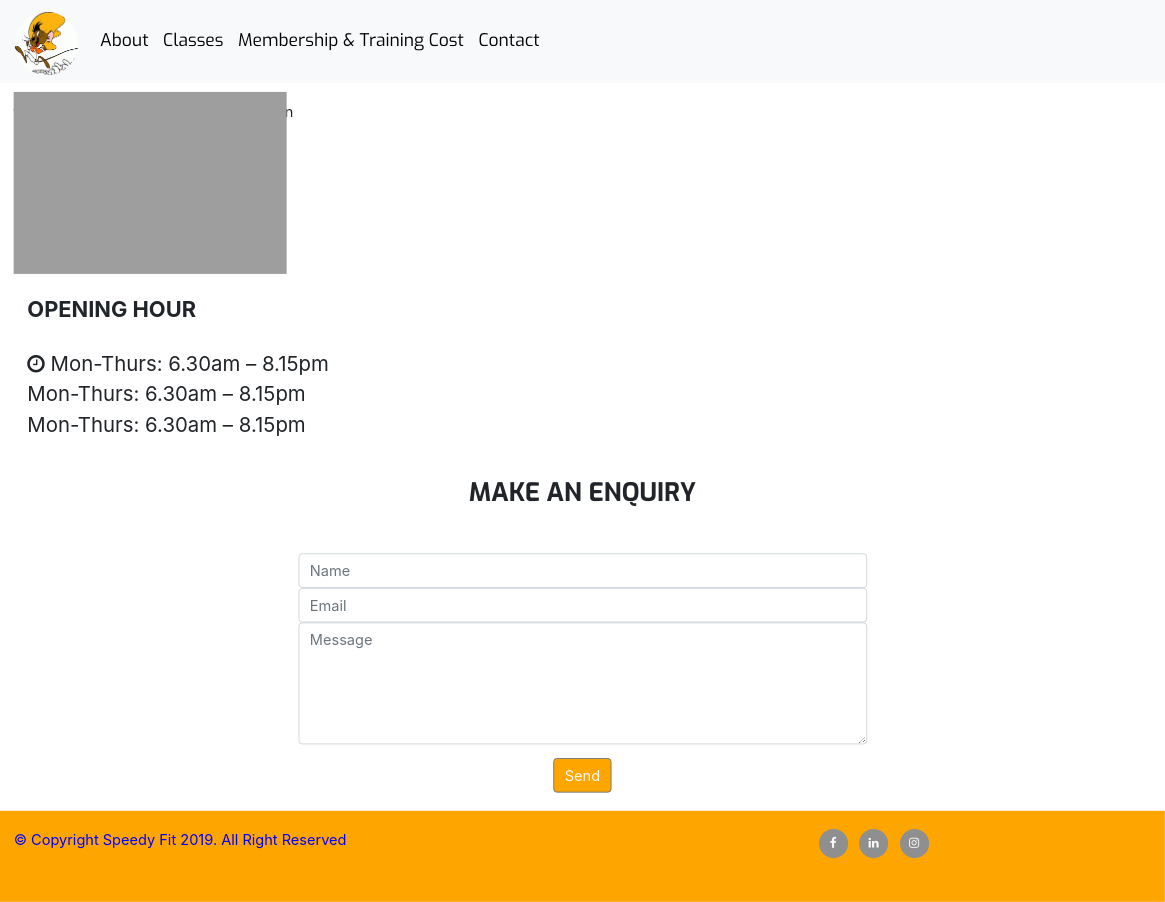
Repository: marcomoreschi/Milestrone-project
Page: membership&trainingcost.html
The author's editor kept a record of every edit. The page is drawn from the files as they stood at one moment, then again after the next edit.
The browser window is 1280 px wide. The pictures show the whole page, at 91% of full size.
Pictures or frames that could not be fetched are drawn as grey boxes. Some web libraries are served in a nearby version.

Above is the page before.

### membership&trainingcost.html
<!DOCTYPE html>
<html lang="en">

<head>
    <meta charset="UTF-8">
    <meta name="viewport" content="width=device-width, initial-scale=1.0">
    <meta http-equiv="X-UA-Compatible" content="ie=edge">
    <link rel="stylesheet" href="https://maxcdn.bootstrapcdn.com/bootstrap/4.2.1/css/bootstrap.min.css" type="text/css" />
    <link rel="stylesheet" href="https://maxcdn.bootstrapcdn.com/font-awesome/4.7.0/css/font-awesome.min.css" type="text/css" />
    <link rel="stylesheet" href="https://cdnjs.cloudflare.com/ajax/libs/hover.css/2.1.1/css/hover-min.css" type="text/css" />
    <link rel="stylesheet" href="assets/css/style.css">
    <title>Speedy Fit</title>
</head>

<body>

    <header>

        <nav class="navbar navbar-expand-lg navbar-light bg-light">
            <a class="navbar-brand" href="index.html">
      <img src="assets/images/logo.jpg"></img>
        </a>
            <button class="navbar-toggler" type="button" data-toggle="collapse" data-target="#navbarNavDropdown" aria-controls="navbarNavDropdown" aria-expanded="false" aria-label="Toggle navigation">
    <span class="navbar-toggler-icon"></span>
  </button>
            <div class="collapse navbar-collapse" id="navbarNavDropdown">
                <ul class="navbar-nav">
                    <li class="nav-item active">
                        <a class="nav-link" href="index.html">About<span class="sr-only">(current)</span></a>
                    </li>
                    <li class="nav-item">
                        <a class="nav-link" href="classes.html">Classes</a>
                    </li>
                    <li class="nav-item">
                        <a class="nav-link" href="membership&trainingcost.html">Membership & Training Cost</a>
                    </li>
                    <li class="nav-item">
                        <a class="nav-link" href="contact.html">Contact</a>
                    </li>
                </ul>
            </div>
        </nav>

    </header>

    <section class="container-fluid location-gym">
        <div class="row">
            <div class="col-sm-6">
        <p> <i class="fa fa-map-marker" aria-hidden="true"></i> 5 Garden Lodge Court, N28DU London</p>

<!-- Link Google Maps -->
<div class="mapouter"><div class="gmap_canvas"><iframe width="300" height="200" id="gmap_canvas" src="https://maps.google.com/maps?q=east%20finchley&t=&z=13&ie=UTF8&iwloc=&output=embed" frameborder="0" scrolling="no" marginheight="0" marginwidth="0"></iframe><a href="https://www.embedgooglemap.net/blog/torguard-promo-code/"></a></div>
<style>.mapouter{ position:relative; text-align:right;height:200px;width:300px;}
.gmap_canvas {overflow:hidden;background:none!important;height:200px;width:300px;}</style></div>
</div>
    </div>
    <div class="container-fluid opening-hour">
        <div class="row">
            <div class="col-sm-6">
        <h4>opening hour</h4>
        <p><i class="fa fa-clock-o" aria-hidden="true"></i> Mon-Thurs: 6.30am – 8.15pm <br>Mon-Thurs: 6.30am – 8.15pm <br> Mon-Thurs: 6.30am – 8.15pm</p>
        </div>
        </div>
        </div>
    </section>

    <section class="container-fluid">
        <div class="row bg-color-contact">
            <div class="col">
                <h3 class="contact-heading">Make an enquiry</h3>

                <div class="center-form">
                    <form>
                        <input type="text" name="name" id="fullname" class="form-control" placeholder="Name" required />
                        <input type="email" name="email" id="fullname" class="form-control" placeholder="Email" required />
                        <textarea rows="5" type="email" name="message" id="message" class="form-control" placeholder="Message" required></textarea>
                        <div class="form-row text-center">
                            <div class="col">
                                <button type="submit" class="btn btn-secondary">Send</button>
                            </div>
                        </div>
                    </form>
                </div>
            </div>
    </section>

    <footer class="container-fluid ">
        <div id="footer-details " class="row ">
            <div class="col-sm-6 ">
                <p class="copyright">&#169; Copyright Speedy Fit 2019. All Right Reserved</p>
            </div>
            <div class="col-sm-6 ">
                <ul class="list-inline social-links ">
                    <li class="list-inline-item ">
                        <a target="_blank " href="# ">
                            <i class="fa fa-facebook " aria-hidden="true "></i>
                            <span class="sr-only ">Facebook</span>
                        </a>
                    </li>
                    <li class="list-inline-item ">
                        <a target="_blank " href="#">
                            <i class="fa fa-linkedin " aria-hidden="true "></i>
                            <span class="sr-only ">LinkedIn</span>
                        </a>
                    </li>
                    <li class="list-inline-item ">
                        <a target="_blank " href="# ">
                            <i class="fa fa-instagram " aria-hidden="true "></i>
                            <span class="sr-only ">Instagram</span>
                        </a>
                    </li>
                </ul>
            </div>
        </div>
        </div>
        </div>
    </footer>


    <!-- Bootstraps Link -->
<script src="https://code.jquery.com/jquery-3.3.1.slim.min.js" integrity="sha384-q8i/X+965DzO0rT7abK41JStQIAqVgRVzpbzo5smXKp4YfRvH+8abtTE1Pi6jizo" crossorigin="anonymous"></script>
<script src="https://cdnjs.cloudflare.com/ajax/libs/popper.js/1.14.6/umd/popper.min.js" integrity="sha384-wHAiFfRlMFy6i5SRaxvfOCifBUQy1xHdJ/yoi7FRNXMRBu5WHdZYu1hA6ZOblgut" crossorigin="anonymous"></script>
<script src="https://stackpath.bootstrapcdn.com/bootstrap/4.2.1/js/bootstrap.min.js" integrity="sha384-B0UglyR+jN6CkvvICOB2joaf5I4l3gm9GU6Hc1og6Ls7i6U/mkkaduKaBhlAXv9k" crossorigin="anonymous"></script>

</body>

</html>

### assets/css/style.css
@import url('https://fonts.googleapis.com/css?family=Roboto:100,200,300,400,500,600,700|Exo:100,200,300,400,500,600,700');


/* -----------------------------------------Heading */

.navbar {
    margin-bottom: 0;
    border: 0;
    background-color: black;
    text-align: center;
}

.navbar-brand {
    height: 75px;
}

.navbar-brand img {
    width: 70px;
    height: 70px;
    border-radius: 50%;
}

.nav-item a {
    font-size: 1.2em;
    font-family: 'Exo', sans-serif;
    color: black !important;
}

.navbar ul li a:hover {
    color: #ffa500 !important;
    transition: all 0.35s ease-in-out;
    -moz-transition: all 0.35s ease-in-out;
    -webkit-transition: all 0.35s ease-in-out;
    -o-transition: all 0.35s ease-in-out;
}

/* -----------------------------------------About */

.rope {
    width: 100%;
    height: 600px;
}

.container h2 {
    text-align: center;
    padding-top: 30px;
    color: #000;
    text-transform: uppercase;
}

.container p {
    text-align: center;
    padding-bottom: 50px;
    color: #000;
    font-size: 1.5em;
}
/* -----------------------------------------Contact Form */

.opening-hour p {
    text-align: left;
    font-size: 1.4em;
}

.opening-hour h4 {
    text-transform: uppercase;
    font-weight: bold;
    padding-top: 25px;
}

.mapouter {
    margin-top: -50px;
}

.location-gym p {
    text-align: left;
    padding-top: 20px;
}

.container-fluid h3 {
    text-transform: uppercase;
    font-weight: bold;
    text-align: center;
}
.contact-heading {
    font-family: "Exo", sans-serif;
    font-weight: 300;
    margin-top: 25px;
    margin-bottom: 20px;
}

.center-form {
    padding-top: 20px;
    margin: 0 auto;
    max-width: 70%;
}

button[type="submit"] {
    margin-top: 15px;
    margin-bottom: 20px;
    color: #fafafa;
    background-color: #ffa500;
}

/* create media queries so it look good on mobilephone */
@media(min-width: 992px) {
    .center-form {
        padding-top: 30px;
        min-height: 240px;
        margin: 0 auto;
        max-width: 50%;
    }
}

.hours-details {
    padding-top: 30px;
}

/* -----------------------------------------Footer */

footer {
    background-color: #ffa500;
    color: #fafafa;
    min-height: 100px;
    margin: 0;
}

.social-links {
    padding-top: 20px;
    text-align: center;
}

.social-links li a i {
    width: 32px;
    height: 32px;
    padding: 12px 0;
    border-radius: 50%;
    font-size: 13px;
    line-height: 7px;
    text-align: center;
    color: #fafafa;
    background: #8f8f8f;
    transition: all 0.35s ease-in-out;
    -moz-transition: all 0.35s ease-in-out;
    -webkit-transition: all 0.35s ease-in-out;
    -o-transition: all 0.35s ease-in-out;
}

.social-links li a i:hover {
    background: #e84610;
}

.copyright {
    color: blue;
    padding-top: 20px;
}

After the next edit:
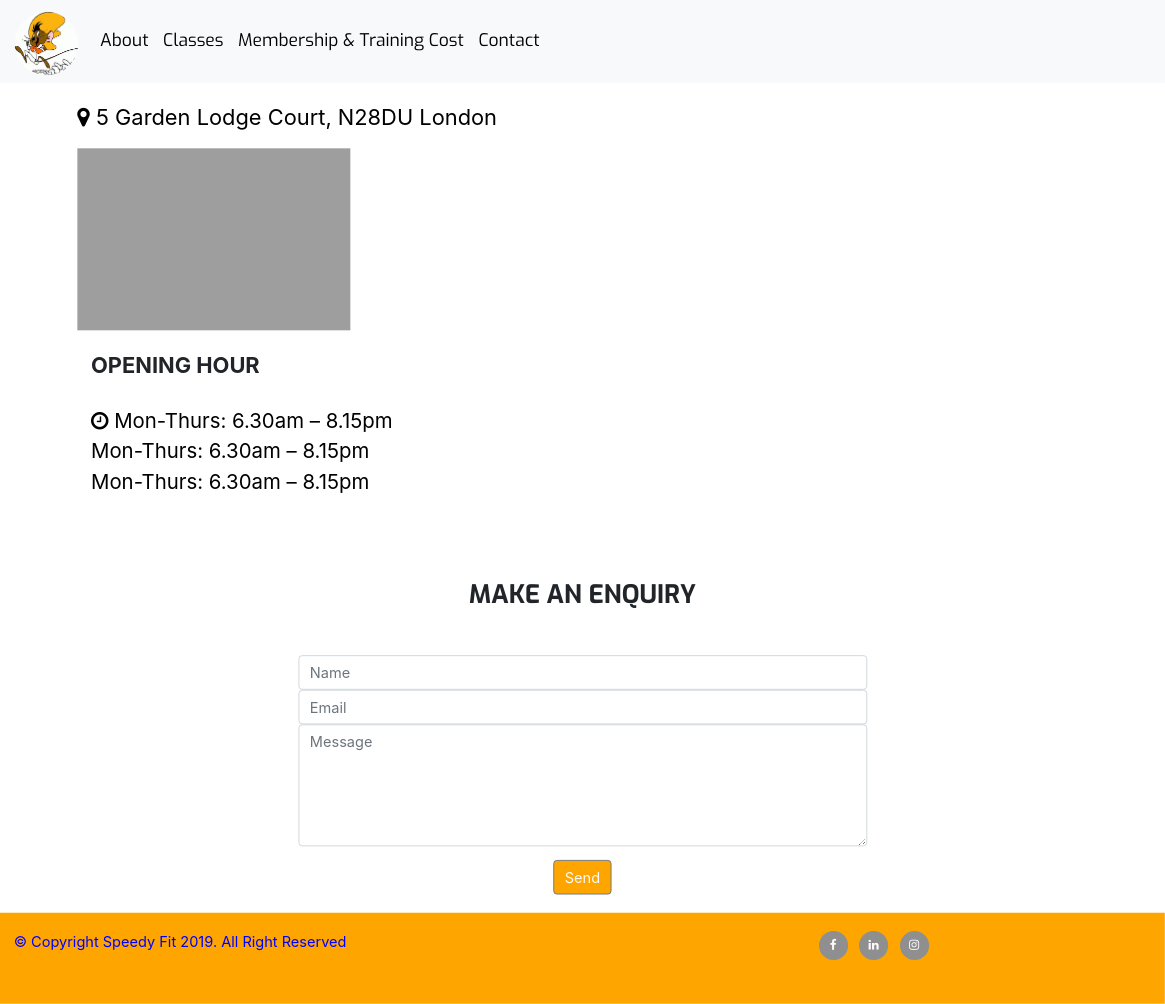
The edit:
--- a/membership&trainingcost.html
+++ b/membership&trainingcost.html
@@ -43,7 +43,7 @@
 
     </header>
 
-    <section class="container-fluid location-gym">
+    <section class="container location-gym">
         <div class="row">
             <div class="col-sm-6">
         <p> <i class="fa fa-map-marker" aria-hidden="true"></i> 5 Garden Lodge Court, N28DU London</p>
